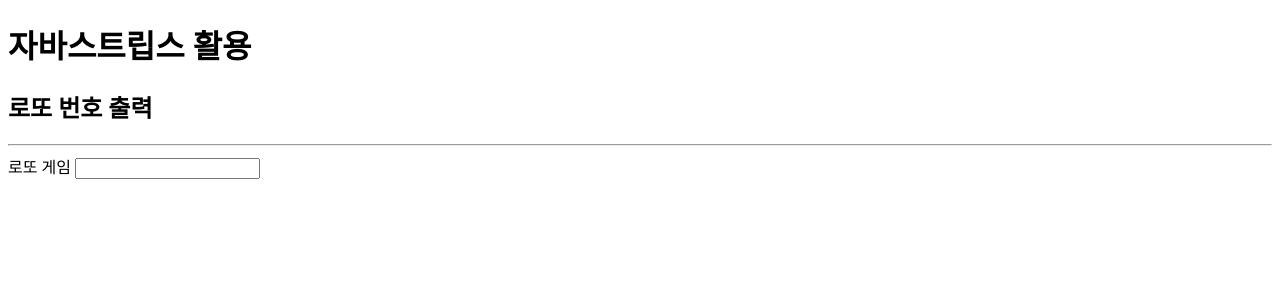
Repository: lolsoyeon/WebStudy
Page: WebApp03/WebContent/Test026_4.html
An editor plug-in stored every save of this project. The page is shown before and after the next save, followed by the edit.
The browser window is 1280 px wide. The pictures show the whole page.

Above is the page before, as saved 2022-10-05 10:34:03.

### WebApp03/WebContent/Test026_4.html
<!DOCTYPE html>
<html>
<head>
<meta charset="UTF-8">
<title>Test026_4.html</title>
</head>
<body>

<div>
	<h1>자바스트립스 활용</h1>
	<h2>로또 번호 출력</h2>
	<hr>
</div>
<!--
	HTML, CSS,Javascript 를 활용하여
	로또 번호(1~45)를 중복되지 않은 정수 6 개로 생성하여
	출력해주는 페이지를 구현한다.
	단, 난수 발생 함수를 활용한다.
	하나의 게임 내에서 번호순(오름차순)으로 정렬하여 출력 할 수 있도록 한다.
	그리고, 주문한 게임의 수 만큼 출력 할 수 있도록 한다.

	페이지 레이아웃
	----------------------------------------------------------

	로또 게임  [  4  ] 장	→ text

	< 주문하기 >			→ button

	내용
	-------------------    	→ textarea
	1 2 7 12 35 42
	10 21 25 31 38 40
	3 5 6  15 24 29
	2 3 8 12 23 35
	-------------------
	----------------------------------------------------------

 -->
<div>
	<form>
	로또 게임
	<input type="text" id="textCount" class="txt">

	</form>
</div>


</body>
</html>

After the next save:
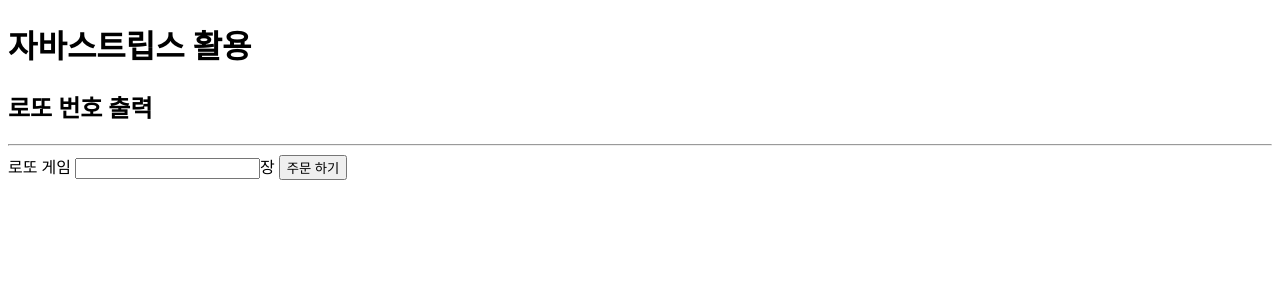
Saved 51 s later.
--- a/WebApp03/WebContent/Test026_4.html
+++ b/WebApp03/WebContent/Test026_4.html
@@ -39,7 +39,10 @@
 <div>
 	<form>
 	로또 게임
-	<input type="text" id="textCount" class="txt">
+	<input type="text" id="textCount" class="txt">장
+
+	<button type="button">주문 하기</button>
+	<br>
 
 	</form>
 </div>
